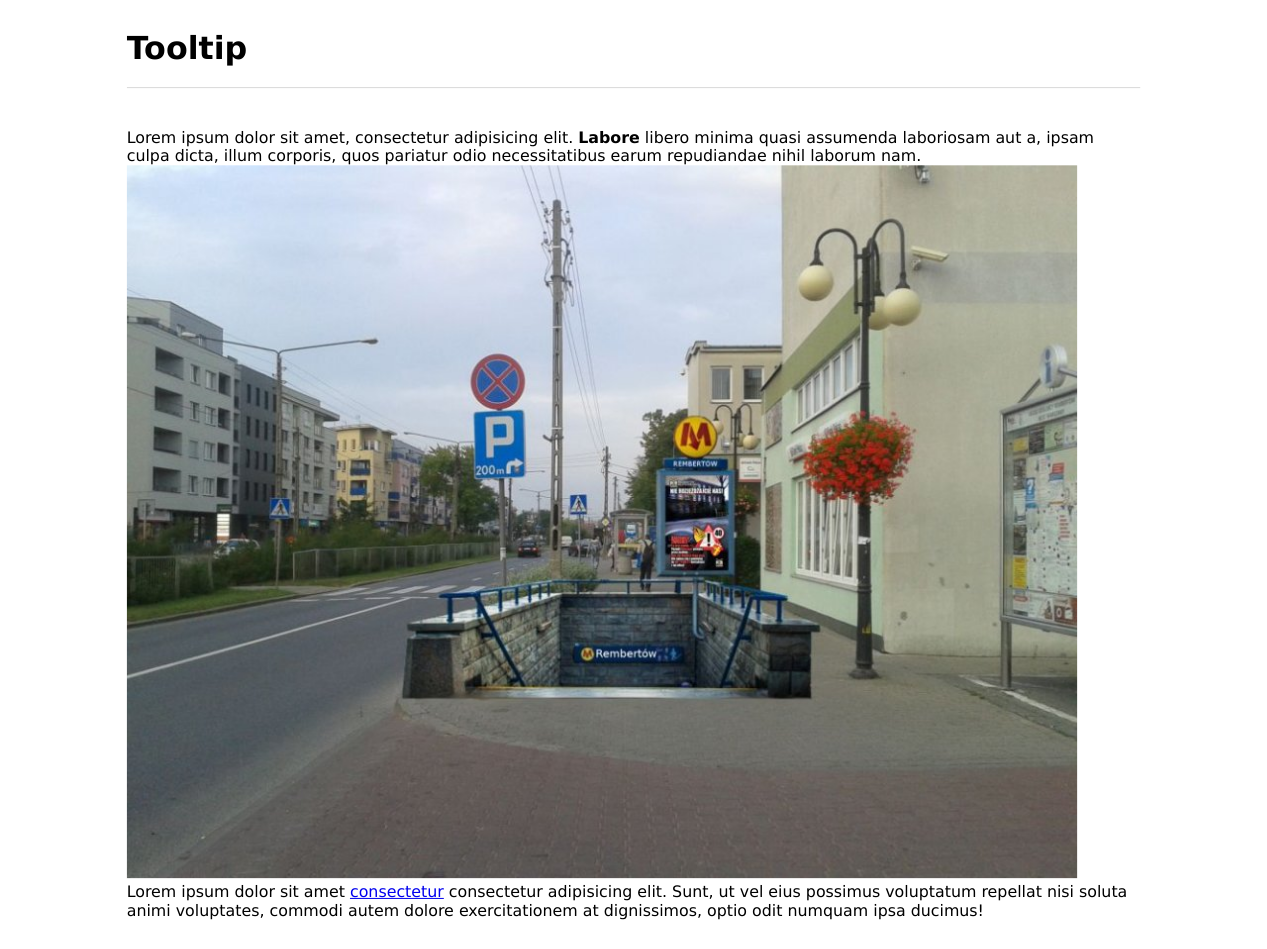
Repository: michal198711/change-toolkit-dom
Page: index.html
These files come from the project's save history. The page is drawn as it stood at one moment and after a run of saves; the edit follows.
The browser window is 1280 px wide. The pictures show the whole page, at 99% of full size.

Above is the page before, as saved 2021-07-31 14:11:22.

After the next 5 saves:
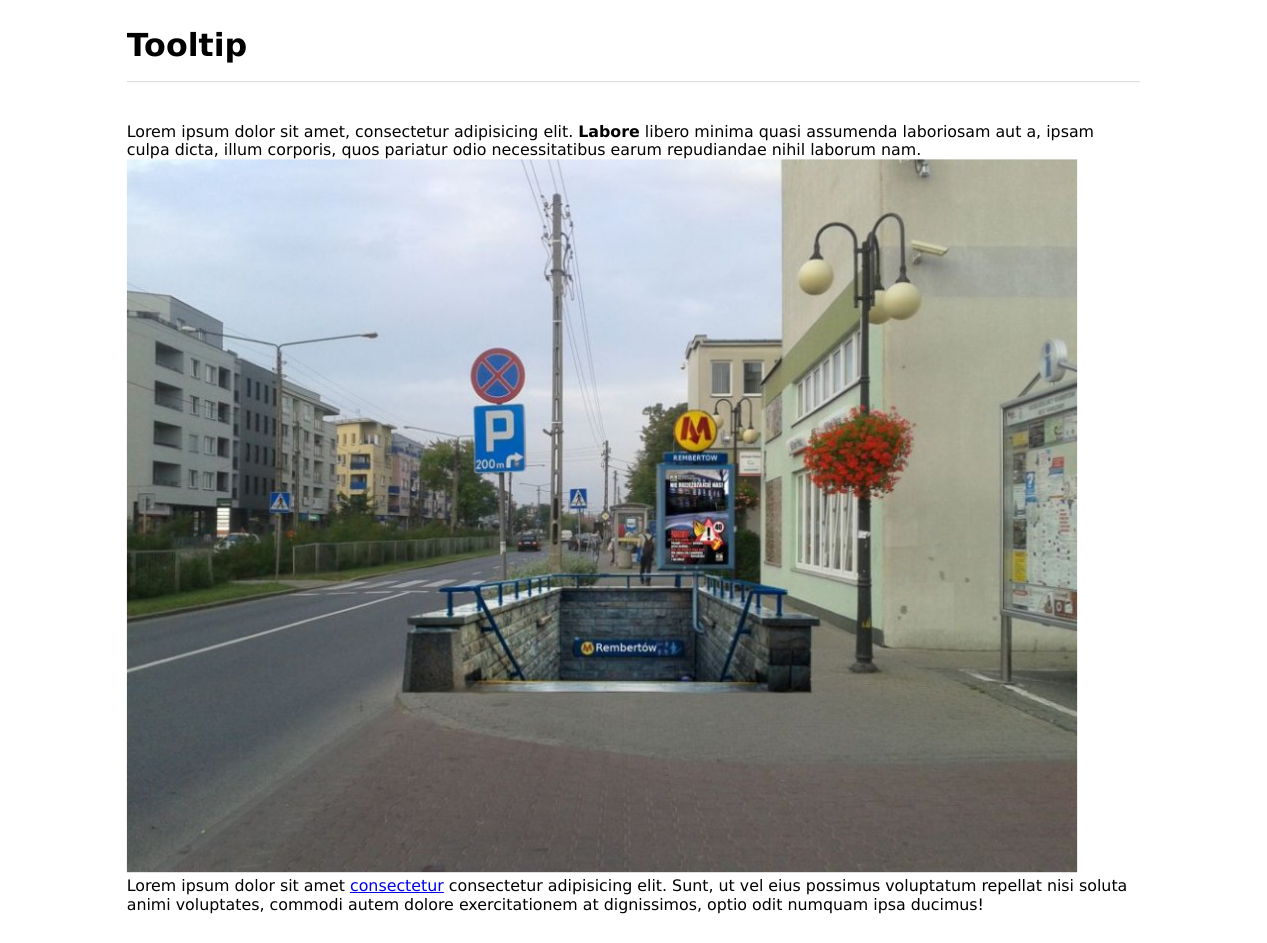
The 5 saves are shown as one change because they came seconds apart.
The last was saved 11 s later.
--- a/style.css
+++ b/style.css
@@ -16,5 +16,6 @@
     margin-bottom:40px;
     border-bottom: 1px #D8d8d8 solid;
 
-    line-height: ;
+    line-height: 1;
+    font-w
 }
